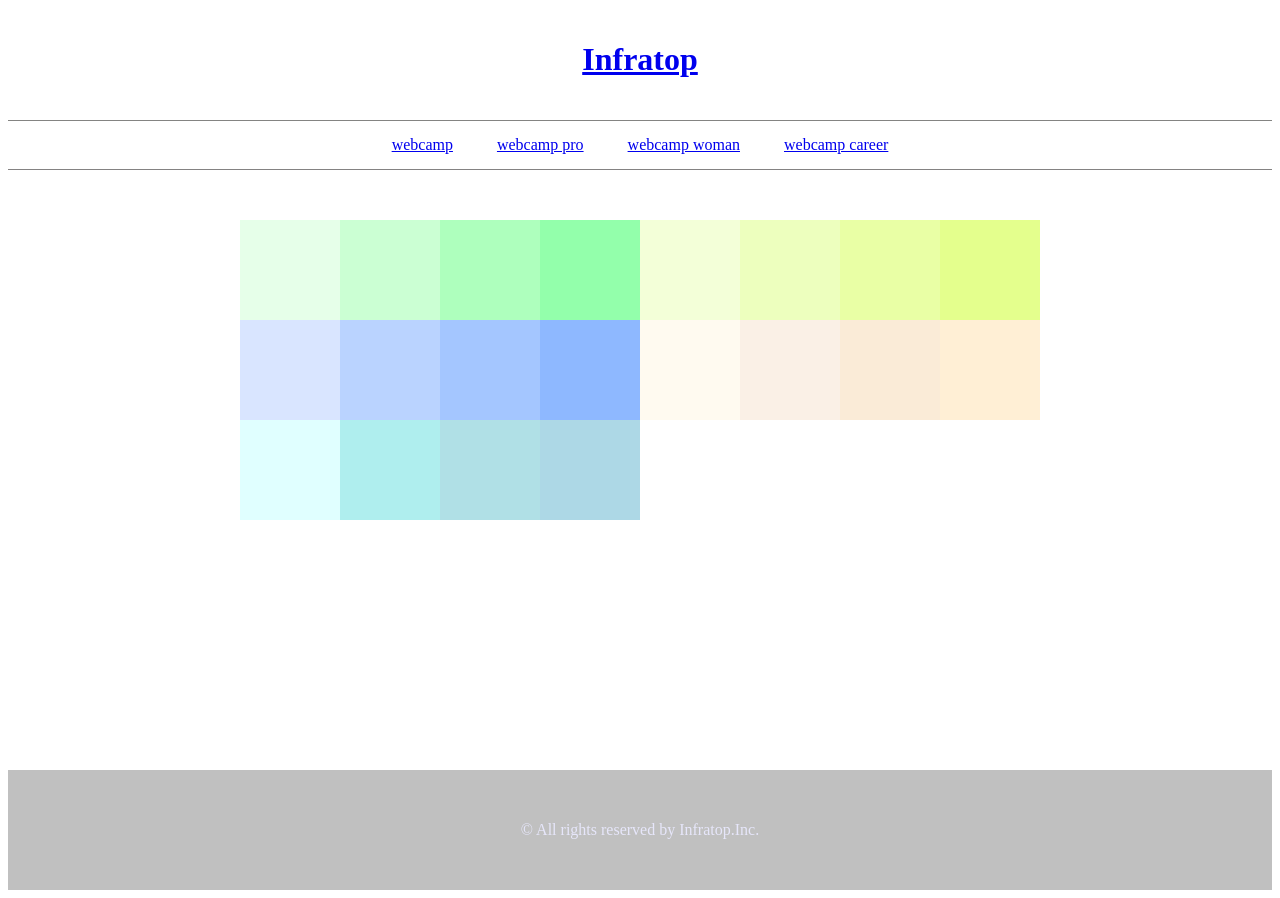
Repository: kiruha313/DWC
Page: exersise5/index.html
The author's editor kept a record of every edit. The page is drawn from the files as they stood at one moment, then again after the next edit.
The browser window is 1280 px wide. The pictures show the whole page.

Above is the page before.

After the next edit:
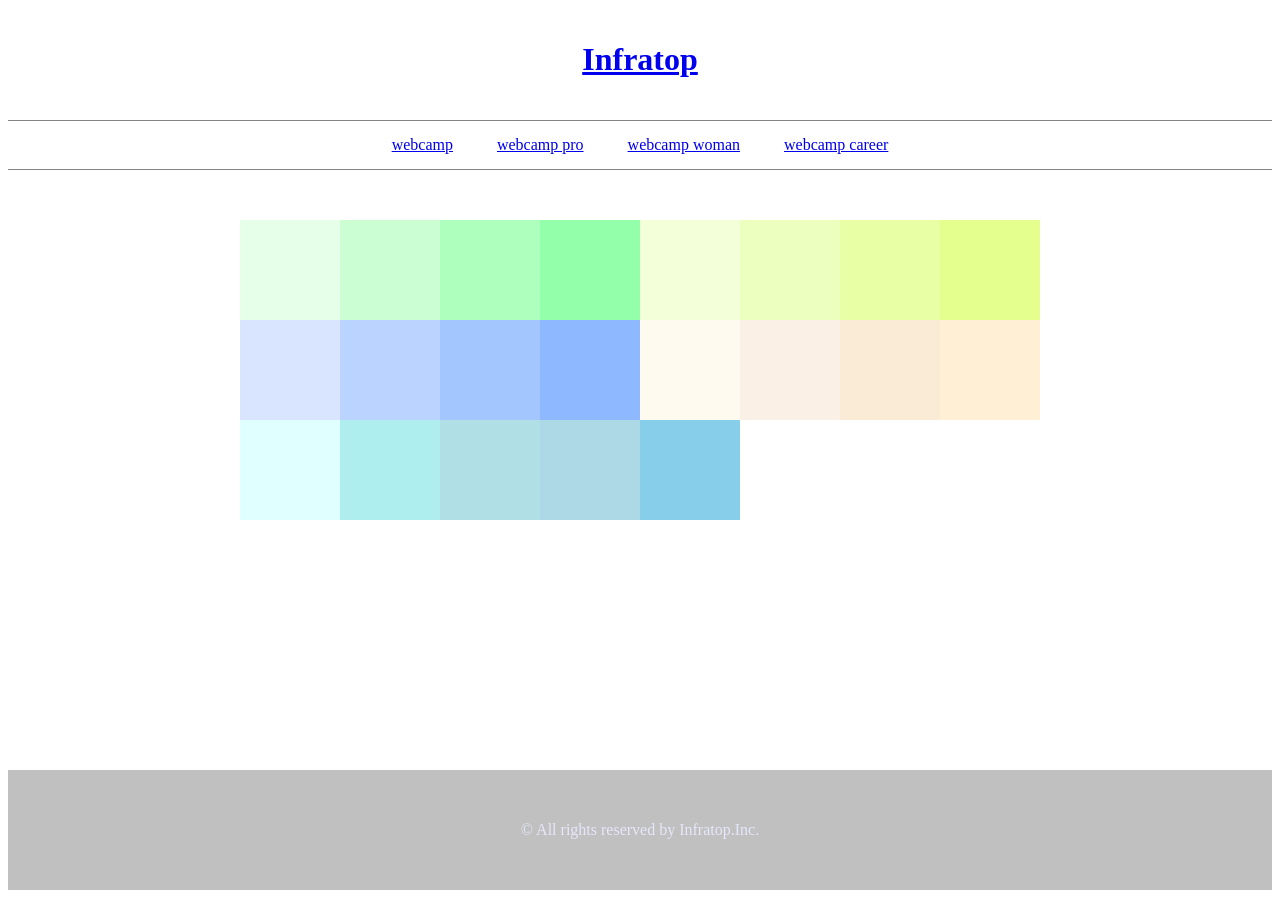
The edit:
--- a/exersise5/style.css
+++ b/exersise5/style.css
@@ -148,7 +148,7 @@
 .main21 {
   width: 100px;
   height: 100px;
-  background-color: ;
+  background-color: #87ceeb;
 }
 
 .main22 {
